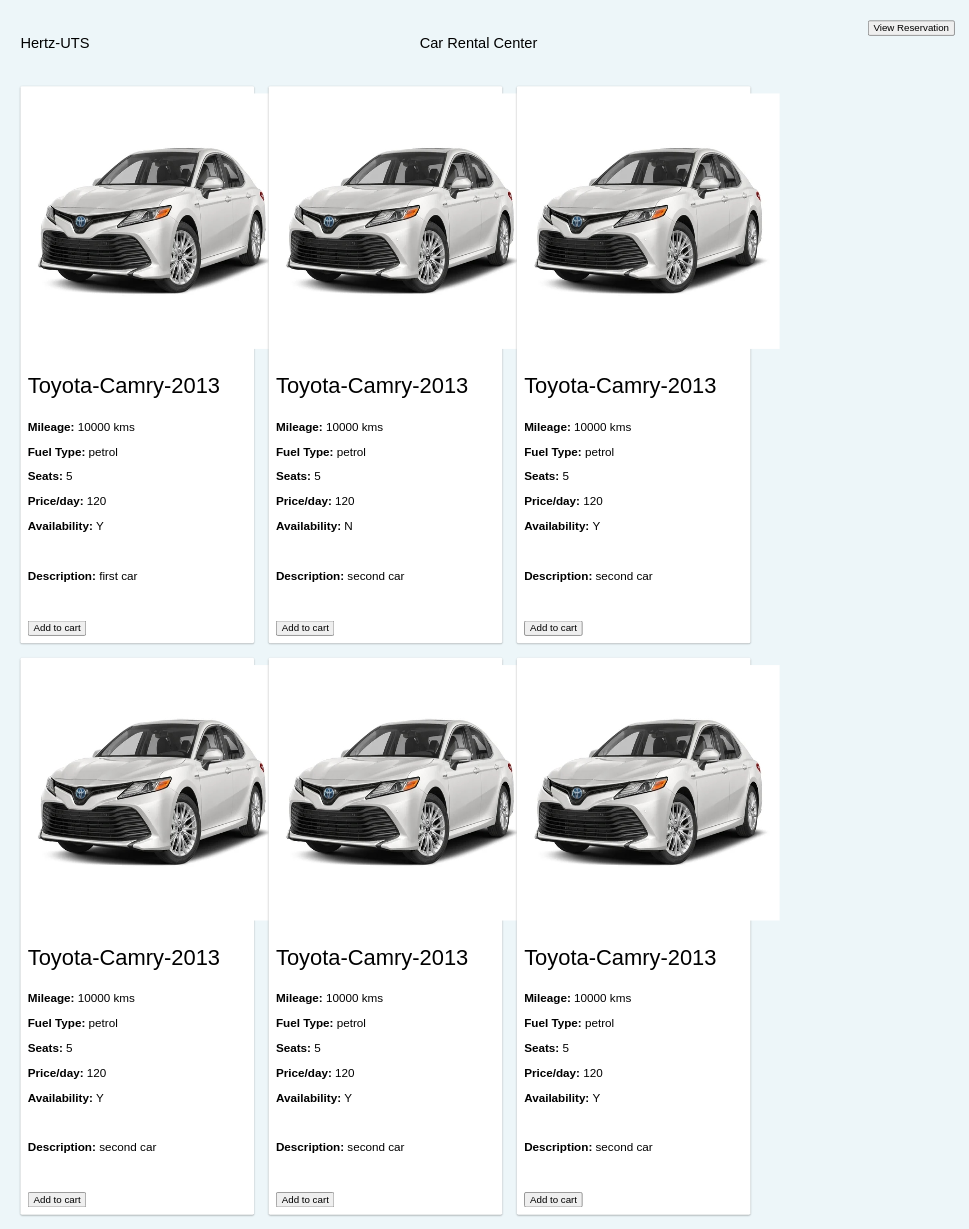
Repository: michtnt/POI-Hertz
Page: index.html
The author's editor kept a record of every edit. The page is drawn from the files as they stood at one moment, then again after the next edit.
The browser window is 1280 px wide. The page is 1328 px wide, so the pictures cover 1328 px, including what lies to the right of the window. The pictures show the whole page, at 73% of full size.

Above is the page before.

### index.html
<!DOCTYPE html>
<html>
    <head></head>
    <link rel="stylesheet" href="index.css">
    <script src="https://code.jquery.com/jquery-3.6.0.min.js" type="text/javascript"></script>
    <script type="text/javascript">
        let cars_arr = [] // store cars.json
        let shopping_cart = [] // store shopping cart
        // TOCHANGE: use AJAX?
        $(document).ready(function(){
            console.log("localStorage", window.localStorage.getItem("hertz@cart"))
            $.getJSON("cars.json", function(result){
                cars_arr = result;
              $.each(result, function(i, field){
                  // list cars on main page
                  let carComponent =
                  `
                   <div class="card card-1">
                    <div class="car-img-container"><img style="width:350px;height:350px;" src=${field.img} alt="${field.brand} ${field.model}"></div>
                    <p style="font-size:30px">${field.brand}-${field.model}-${field.model_year}</p>
                    <p><b>Mileage: </b>${field.mileage} kms</p>
                    <p><b>Fuel Type: </b>${field.fuel_type}</p>
                    <p><b>Seats: </b>${field.seats}</p>
                    <p><b>Price/day: </b>${field.price_per_day}</p>
                    <p><b>Availability: </b>${field.availability}</p>
                    <br />
                    <p><b>Description: </b>${field.description}</p>
                    <br /><br />
                    <button class="button button-add" onClick="addCart(${field.id})">Add to cart</button>
                   </div>
                  `
                  $(".main").append(carComponent);
                });
            });
        });

        // add cars to shopping cart
        function addCart(id){
            // TOCHANGE: use AJAX to check?
            // find the car in cars.json
            let car = cars_arr.find(car => car.id == id)
            // find the cart in shopping cart
            let cart = shopping_cart.find(car => car.id == id)
            // default message: car not available
            let message = `Sorry ${car.brand} ${car.model} is not available now. Please rent other cars.`;

            // if there is availability
            if(car.availability == "True"){
                // push to shopping cart
                shopping_cart.push(car)
                console.log("shopping_cart", shopping_cart)
                message = `${car.brand} ${car.model} added to cart successfully!`
            }
            // if it was already on shopping cart
            if(cart){
                message = `Sorry you have added ${cart.brand} ${cart.model} in your cart before.`
            }

            alert(message)
            return true
        }

        // conitnue to cart
        function checkCart(){
            // set storage
            window.localStorage.setItem("hertz@cart", JSON.stringify(shopping_cart));
            // move to cart.html
            window.location.href="cart.html"
        }

    </script>
    <body style="background-color:#edf6f9">
        <!--Header-->
        <div class="header">
            <div><p style="color:black;font-size:20px;">Hertz-UTS</p></div>
            <div><p style="color:black;font-size:20px;">Car Rental Center</p></div>
            <div><button class="button button-rsv" onClick="checkCart()">View Reservation</button></div>
        </div>
        <!--Car list-->
        <div class="main"></div>
    </body>
</html>

### index.css
/*global*/
p, h1, h3 {
    font-family: "arial"
}

/*class*/
/*margin: top right bottom left*/
.header{
    display: inline-flex;
    justify-content: space-between;
    margin: 20px 20px 20px 20px;
    flex-grow: 1;
    width: 100vw;
    height: 50px;
    color: "black";
}

.main{
    display: flex;
    /*justify-content: space-around;*/
    flex-wrap: wrap;
    margin: 10px 10px 10px 10px;
    width: 100vw;
    color: "black";
}

.car-img-container{
    max-width: 300px;
    height: auto;
    left: 0px;
    right: 0px;
}

/*https://codepen.io/sdthornton/pen/wBZdXq*/
.card{
  background: #fff;
  border-radius: 2px;
  display: inline-block;
  /*height: 300px;*/
  /*margin: 1rem;*/
  margin: 10px 10px 10px 10px;
  padding: 10px 10px 10px 10px;
  /*position: relative;*/
  width: 300px;
}

.card-1 {
  box-shadow: 0 1px 3px rgba(0,0,0,0.12), 0 1px 2px rgba(0,0,0,0.24);
  transition: all 0.3s cubic-bezier(.25,.8,.25,1);
}

.card-1:hover {
  box-shadow: 0 14px 28px rgba(0,0,0,0.25), 0 10px 10px rgba(0,0,0,0.22);
}

.center {
  display: flex;
  justify-content: center;
}

.title {
  display: flex;
  justify-content: space-around;
}

.car-item {
  display: flex;
  justify-content: space-around;
}

.main-reservation {
  display: flex;
  flex-direction: column;
}

.checkout-button {
  display: flex;
  justify-content: flex-end;
}

.required:after {
  content:" *";
  color: red;
}

.checkout-form {
  display: flex;
  flex-direction: column;
  justify-content: space-between;
}

### cars.json
[{
		"id": "1",
		"category": "sedan",
		"availability": "Y",
		"brand": "Toyota",
		"model": "Camry",
		"model_year": "2013",
		"mileage": "10000",
		"fuel_type": "petrol",
		"seats": "5",
		"price_per_day": "120",
		"description": "first car",
		"img": "images/Camry.jpeg"
	},
	{
		"id": "2",
		"category": "sedan",
		"availability": "N",
		"brand": "Toyota",
		"model": "Camry",
		"model_year": "2013",
		"mileage": "10000",
		"fuel_type": "petrol",
		"seats": "5",
		"price_per_day": "120",
		"description": "second car",
		"img": "images/Camry.jpeg"
	},
	{
		"id": "2",
		"category": "sedan",
		"availability": "Y",
		"brand": "Toyota",
		"model": "Camry",
		"model_year": "2013",
		"mileage": "10000",
		"fuel_type": "petrol",
		"seats": "5",
		"price_per_day": "120",
		"description": "second car",
		"img": "images/Camry.jpeg"
	},
    {
		"id": "2",
		"category": "sedan",
		"availability": "Y",
		"brand": "Toyota",
		"model": "Camry",
		"model_year": "2013",
		"mileage": "10000",
		"fuel_type": "petrol",
		"seats": "5",
		"price_per_day": "120",
		"description": "second car",
		"img": "images/Camry.jpeg"
	},
    {
		"id": "2",
		"category": "sedan",
		"availability": "Y",
		"brand": "Toyota",
		"model": "Camry",
		"model_year": "2013",
		"mileage": "10000",
		"fuel_type": "petrol",
		"seats": "5",
		"price_per_day": "120",
		"description": "second car",
		"img": "images/Camry.jpeg"
	},
    {
		"id": "2",
		"category": "sedan",
		"availability": "Y",
		"brand": "Toyota",
		"model": "Camry",
		"model_year": "2013",
		"mileage": "10000",
		"fuel_type": "petrol",
		"seats": "5",
		"price_per_day": "120",
		"description": "second car",
		"img": "images/Camry.jpeg"
	}
]

After the next edit:
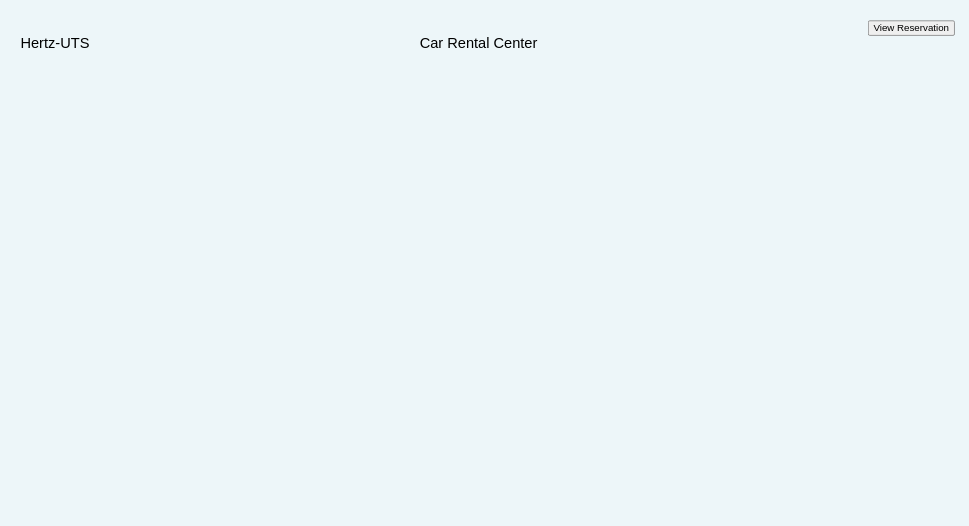
Console error: SyntaxError: Unexpected token 'else'
The edit:
--- a/index.html
+++ b/index.html
@@ -45,7 +45,7 @@
             let message = `Sorry ${car.brand} ${car.model} is not available now. Please rent other cars.`;
 
             // if there is availability
-            if(car.availability == "True"){
+            else if(car.availability == "True"){
                 // push to shopping cart
                 shopping_cart.push(car)
                 console.log("shopping_cart", shopping_cart)

After the 2 edits that followed:
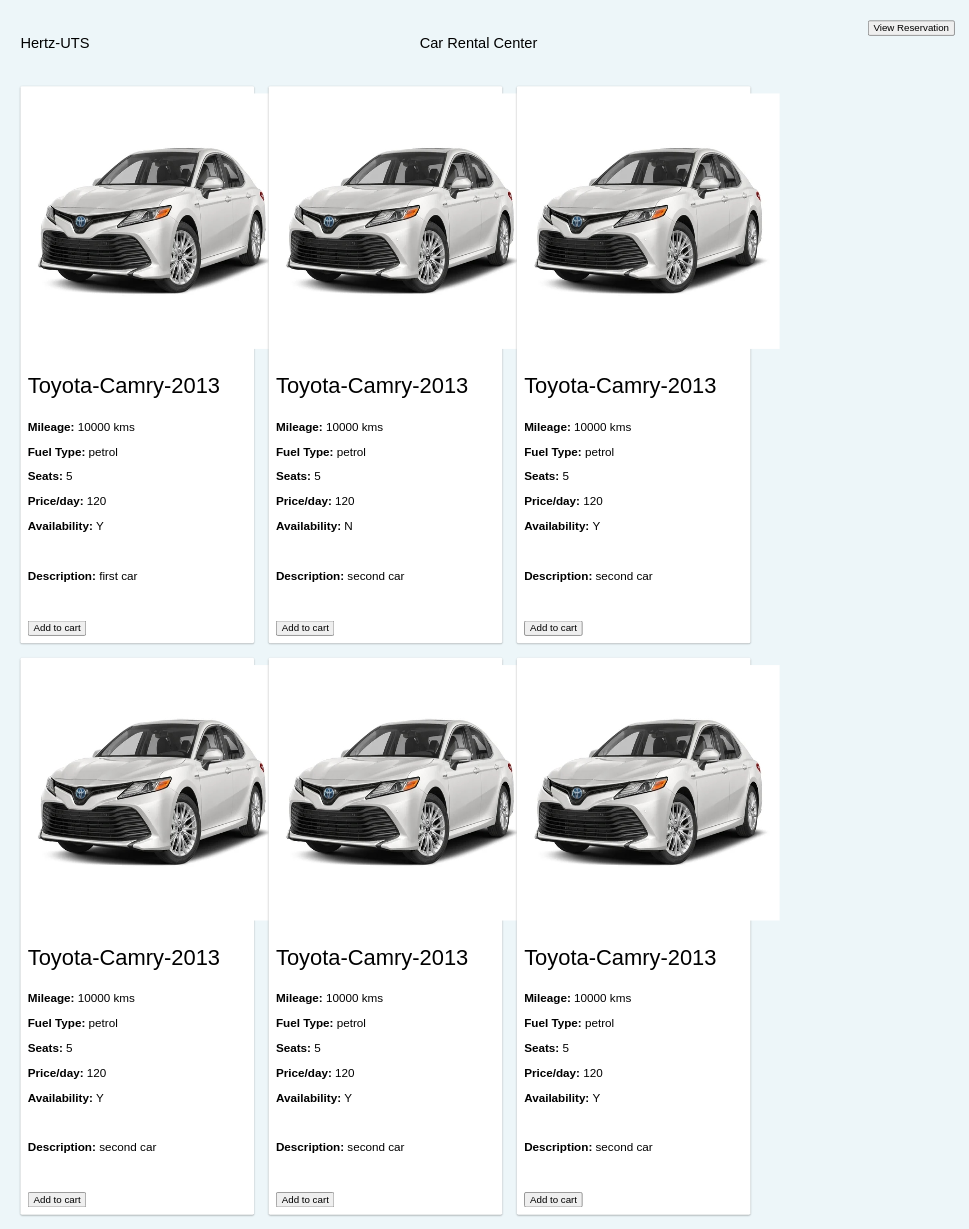
The error is gone.
The 2 edits are shown as one change because 1 left the picture as it was.
The edit:
--- a/index.html
+++ b/index.html
@@ -44,16 +44,16 @@
             // default message: car not available
             let message = `Sorry ${car.brand} ${car.model} is not available now. Please rent other cars.`;
 
+            // if it was already on shopping cart
+            if(cart){
+                message = `Sorry you have added ${cart.brand} ${cart.model} in your cart before.`
+            }
             // if there is availability
             else if(car.availability == "True"){
                 // push to shopping cart
                 shopping_cart.push(car)
                 console.log("shopping_cart", shopping_cart)
                 message = `${car.brand} ${car.model} added to cart successfully!`
-            }
-            // if it was already on shopping cart
-            if(cart){
-                message = `Sorry you have added ${cart.brand} ${cart.model} in your cart before.`
             }
 
             alert(message)
